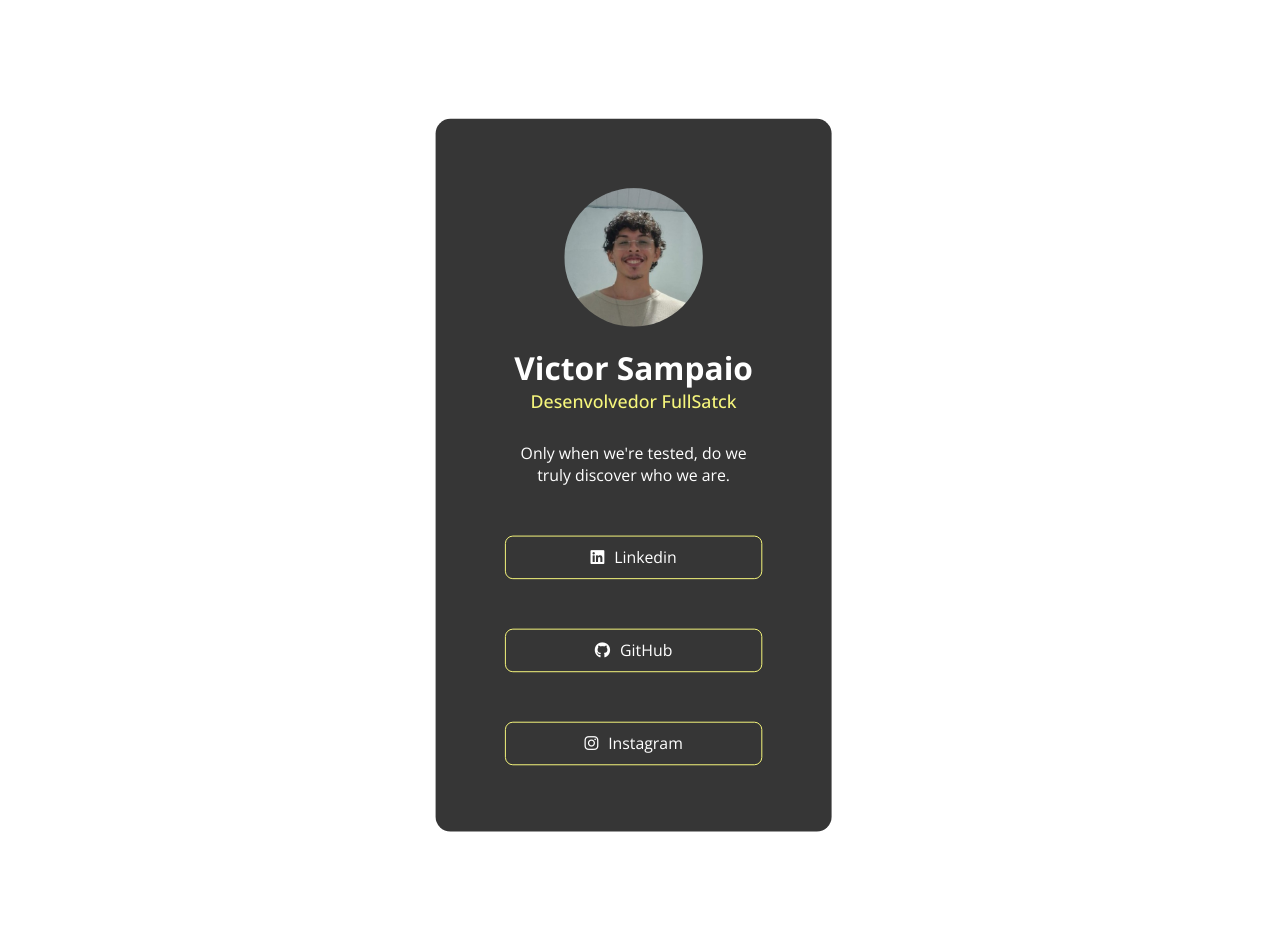
Repository: VictorSampaioDev/linkthree-gt9
Page: index.html
These files come from the project's save history. The page is drawn as it stood at one moment and after a run of saves; the edit follows.
The browser window is 1280 px wide. The pictures show the whole page, at 99% of full size.

Above is the page before, as saved 2025-04-11 11:29:28.

### index.html
<!DOCTYPE html>
<html lang="pt-br">
<head>
    <meta charset="UTF-8">
    <meta name="viewport" content="width=device-width, initial-scale=1.0">
    <title>linkthree JV</title>
    <link rel="stylesheet" href="style.css">
    <link rel="preconnect" href="https://fonts.googleapis.com">
    <link rel="preconnect" href="https://fonts.gstatic.com" crossorigin>
    <link href="https://fonts.googleapis.com/css2?family=Open+Sans:ital,wght@0,300..800;1,300..800&display=swap" rel="stylesheet">
    <link rel="stylesheet" href="https://cdnjs.cloudflare.com/ajax/libs/font-awesome/6.5.0/css/all.min.css">
</head>
<body>
    <div class="container-main">
<!-- imagem -->
        <div class="container-image">
            <img src="./assets/image-profile.jpeg" alt="Foto de Perfil">
        </div>
<!-- Titulos -->
      <div class="container-infos">
        <h1>Victor Sampaio</h1>
        <h2>Desenvolvedor FullSatck</h2>
      </div>
<!-- Paragrafo -->
      <div class="container-paragrafo">
        <p>
            Only when we're tested, do we truly discover who we are.
        </p>
      </div>
<!-- lista estilizada ("botões") -->
      <div class="container-social-links">
        <ul>
                <a href="https://www.linkedin.com/in/joao-victor-sampaio-30a556355/" target="_blank">
                    <li>
                        <!-- icone -->
                        <i class="fa-brands fa-linkedin"></i>
                        <!-- paragrafo -->
                        <p>Linkedin</p>
                    </li>
                </a>

                <a href="https://github.com/VictorSampaioDev" target="_blank">
                   <li>
                    <i class="fa-brands fa-github"></i>
                    <p>GitHub</p>
                   </li>
                </a>

                <a href="https://www.instagram.com/jovetorr" target="_blank">
                   <li>
                    <i class="fa-brands fa-instagram"></i>
                    <p>Instagram</p>
                   </li>
                </a>
        </ul>
    </div>
</body>
</html>

### style.css
* {
    font-family: "Open Sans", sans-serif;
    margin: 0;
    padding: 0;
    box-sizing: border-box;
}
body{
    background: linear-gradient(
background: linear-gradient(90deg, rgba(251, 255, 0, 1) 0%, rgba(181, 163, 5, 1) 30%, rgba(0, 0, 0, 1) 100%);
    );
}
.container-main{
    background-color: #363636;
    width: 400px;
    height: 720px;
    box-sizing: border-box;
    margin: 120px auto;
    padding: 70px;
    border-radius: 15px;
    text-align: center;
}
.container-image{

    & img{
       width: 140px;
       border-radius: 100%;
    }
}
.container-infos{
    margin-top: 15px;
    margin-bottom: 10px;
}
.container-infos h1{
    font-weight: 700;
    color: white;
}
.container-infos h2{
    font-weight: 500;
    font-size: 18px;
    color: rgb(246, 246, 124);
}
.container-paragrafo{
    margin-top: 30px;
    color: white;
}
.container-social-links ul {
    padding-bottom: 50%;
    margin-top: 50px;
    list-style-type: none;
}
.container-social-links li {
    display: flex;
    justify-content: center;
    gap: 10px;
    align-items: center;
    margin-bottom: 5px;
    margin-top: 50px;
    border: 1px solid rgb(246, 246, 124);
    border-radius: 8px;
    padding: 10px;
    transition: background-color 0.3s;


    &:hover{
        background-color: rgb(246, 246, 124);
    }
  }

.container-social-links a {
    text-decoration: none;
    color: white;
    transition: color 0.3s;

    &:hover{
        color: black;
    }
}

After the next 4 saves:
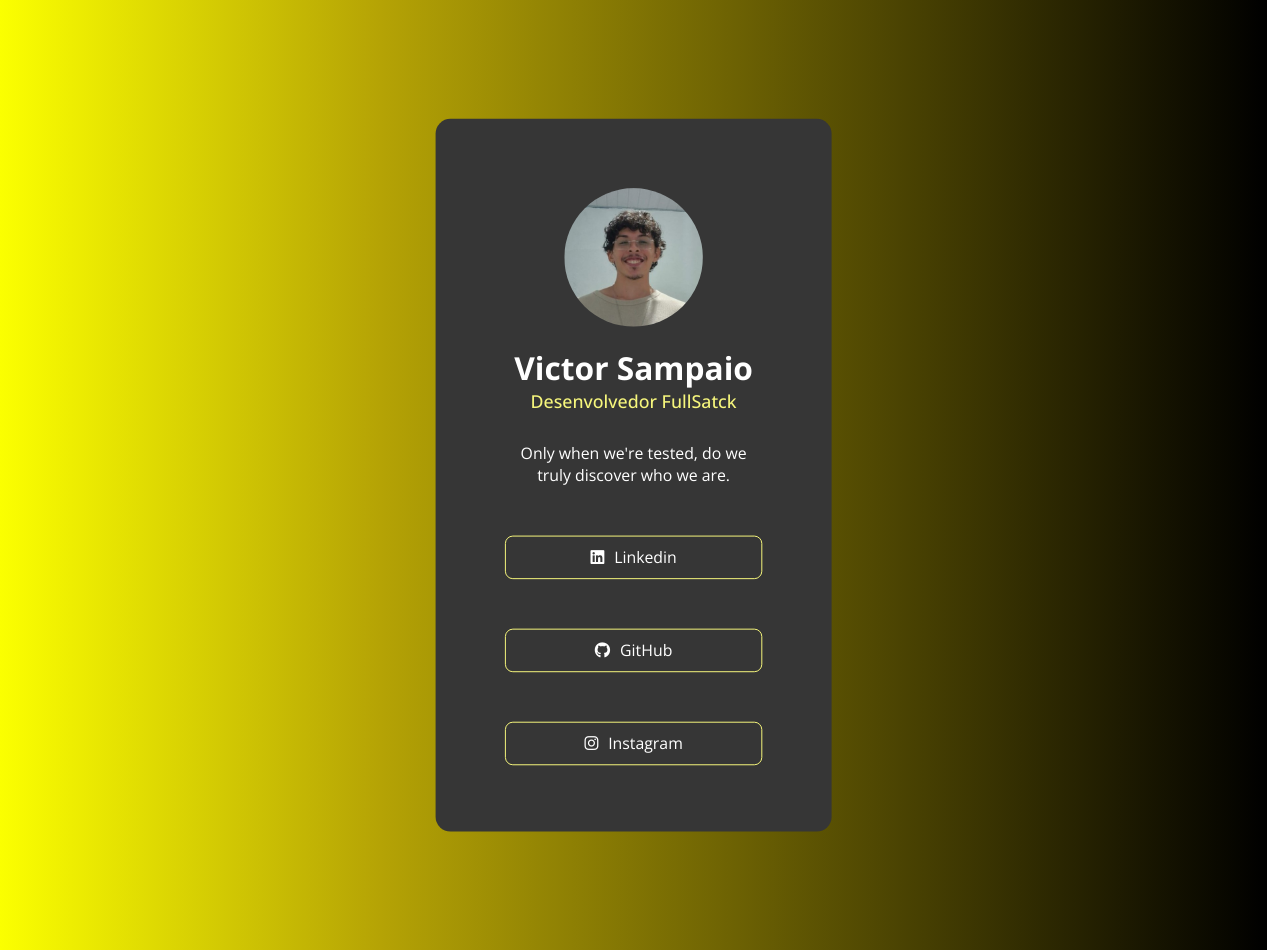
The 4 saves are shown as one change because they came seconds apart.
The last was saved 25 s later.
--- a/style.css
+++ b/style.css
@@ -5,9 +5,8 @@
     box-sizing: border-box;
 }
 body{
-    background: linear-gradient(
-background: linear-gradient(90deg, rgba(251, 255, 0, 1) 0%, rgba(181, 163, 5, 1) 30%, rgba(0, 0, 0, 1) 100%);
-    );
+     background: linear-gradient(90deg, rgba(251, 255, 0, 1) 0%, rgba(181, 163, 5, 1) 30%, rgba(0, 0, 0, 1) 100%);
+
 }
 .container-main{
     background-color: #363636;
